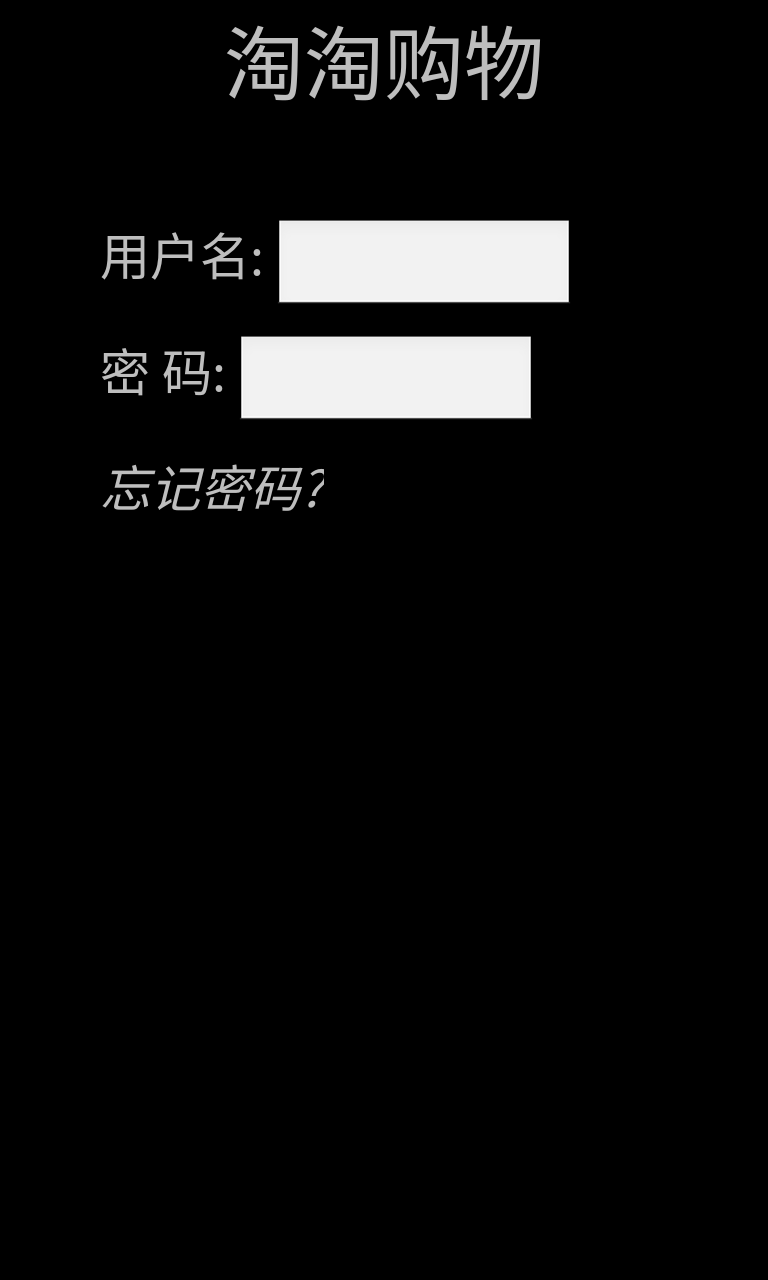
Repository: jcyfkimi/Android-TaoTao
Layout: TaoTao/res/layout/login.xml
An editor plug-in stored every save of this project. The layout is shown before and after the next save, followed by the edit.
It is drawn on a 768 x 1280 px phone screen (xhdpi) without system bars, with theme android:Theme; the app's code is not run.

Above is the layout before, as saved 2011-09-13 06:23:47.

### TaoTao/res/layout/login.xml
<?xml version="1.0" encoding="utf-8"?>
<LinearLayout xmlns:android="http://schemas.android.com/apk/res/android"
    android:orientation="vertical"
    android:layout_width="fill_parent"
    android:layout_height="fill_parent"
    >
    <TextView android:layout_width="wrap_content"
    	android:layout_height="wrap_content"
    	android:text="@string/indexhead"
    	android:textSize="40dip"
    	android:layout_gravity="center_horizontal"/>
	<LinearLayout xmlns:android="http://schemas.android.com/apk/res/android"
	    android:orientation="horizontal"
	    android:layout_width="wrap_content"
	    android:layout_height="wrap_content"
	    >
	    <TextView android:layout_width="wrap_content"
	    	android:layout_height="wrap_content"
	    	android:layout_marginLeft="50dip"
	    	android:layout_marginTop="50dip"
	    	android:text="@string/logintext"
	    	android:textSize="25dip"/>
	    <EditText android:id="@+id/uname"
	    	android:layout_width="150dip"
	    	android:layout_height="wrap_content"
	    	android:layout_marginTop="50dip"
	    	android:layout_marginLeft="5dip"
	    	/>
	    </LinearLayout>

	<LinearLayout xmlns:android="http://schemas.android.com/apk/res/android"
	    android:orientation="horizontal"
	    android:layout_width="wrap_content"
	    android:layout_height="wrap_content"
	    >
	    <TextView android:layout_width="wrap_content"
	    	android:layout_height="wrap_content"
	    	android:layout_marginLeft="50dip"
	    	android:layout_marginTop="10dip"
	    	android:text="@string/passtext"
	    	android:textSize="25dip"/>
	    <EditText android:id="@+id/upass"
	    	android:layout_width="150dip"
	    	android:layout_height="wrap_content"
	    	android:layout_marginTop="10dip"
	    	android:layout_marginLeft="5dip"
	    	/>
	    </LinearLayout>

	<LinearLayout xmlns:android="http://schemas.android.com/apk/res/android"
	    android:orientation="horizontal"
	    android:layout_width="wrap_content"
	    android:layout_height="wrap_content"
	    >
	    <TextView android:layout_width="wrap_content"
	    	android:layout_height="wrap_content"
	    	android:layout_marginLeft="50dip"
	    	android:layout_marginTop="10dip"
	    	android:text="@string/forgetpass"
	    	android:textSize="25dip"
	    	android:textStyle="italic"
	    	/>

	    </LinearLayout>
</LinearLayout>

### TaoTao/res/values/strings.xml
<?xml version="1.0" encoding="utf-8"?>
<resources>
    <string name="hello">Hello World, LoginActivity!</string>
    <string name="app_name">TaoTao</string>
    <string name="logintext">用户名:</string>
    <string name="passtext">密    码:</string>
    <string name="forgetpass">忘记密码?</string>
    <string name="indexhead">淘淘购物</string>
</resources>

After the next save:
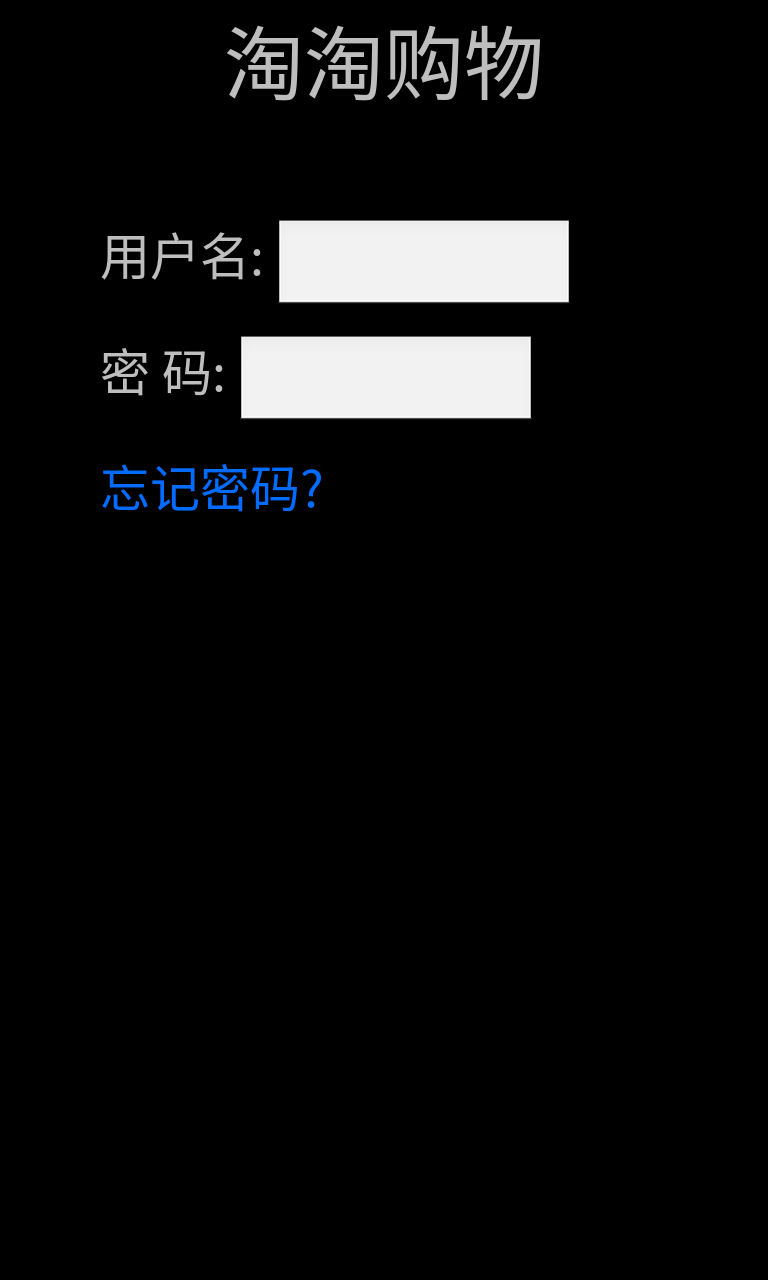
Saved 15 s later.
--- a/TaoTao/res/layout/login.xml
+++ b/TaoTao/res/layout/login.xml
@@ -58,7 +58,7 @@
 	    	android:layout_marginTop="10dip"
 	    	android:text="@string/forgetpass"
 	    	android:textSize="25dip"
-	    	android:textStyle="italic"
+	    	android:textColor="#036CFE"
 	    	/>
 
 	    </LinearLayout>
